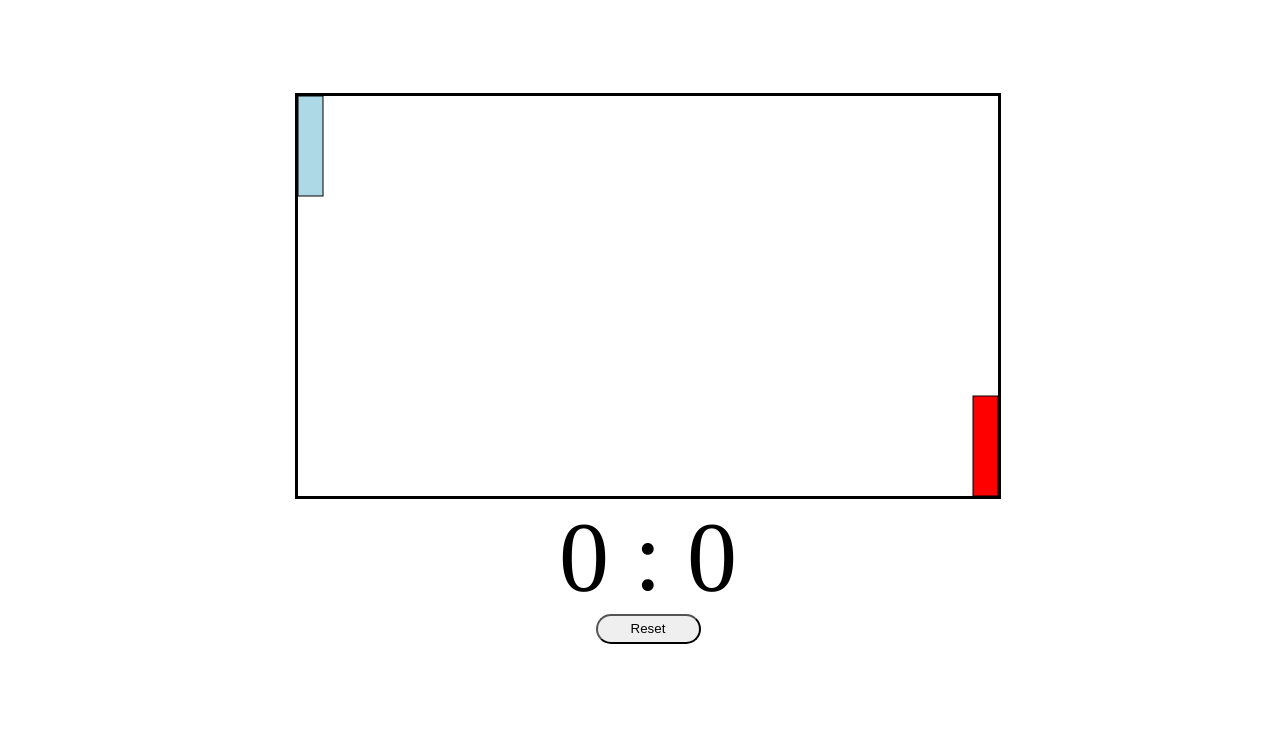
Repository: zacheys123/ping-pong
Page: index.html
The author's editor kept a copy of each file at every save. The page is drawn from the files as they stood at one save, then again after the next save.
The browser window is 1280 px wide. The page is 1288 px wide, so the pictures cover 1288 px, including what lies to the right of the window. The pictures show the whole page.

Above is the page before, as saved 2023-06-30 23:33:10.

After the next save:
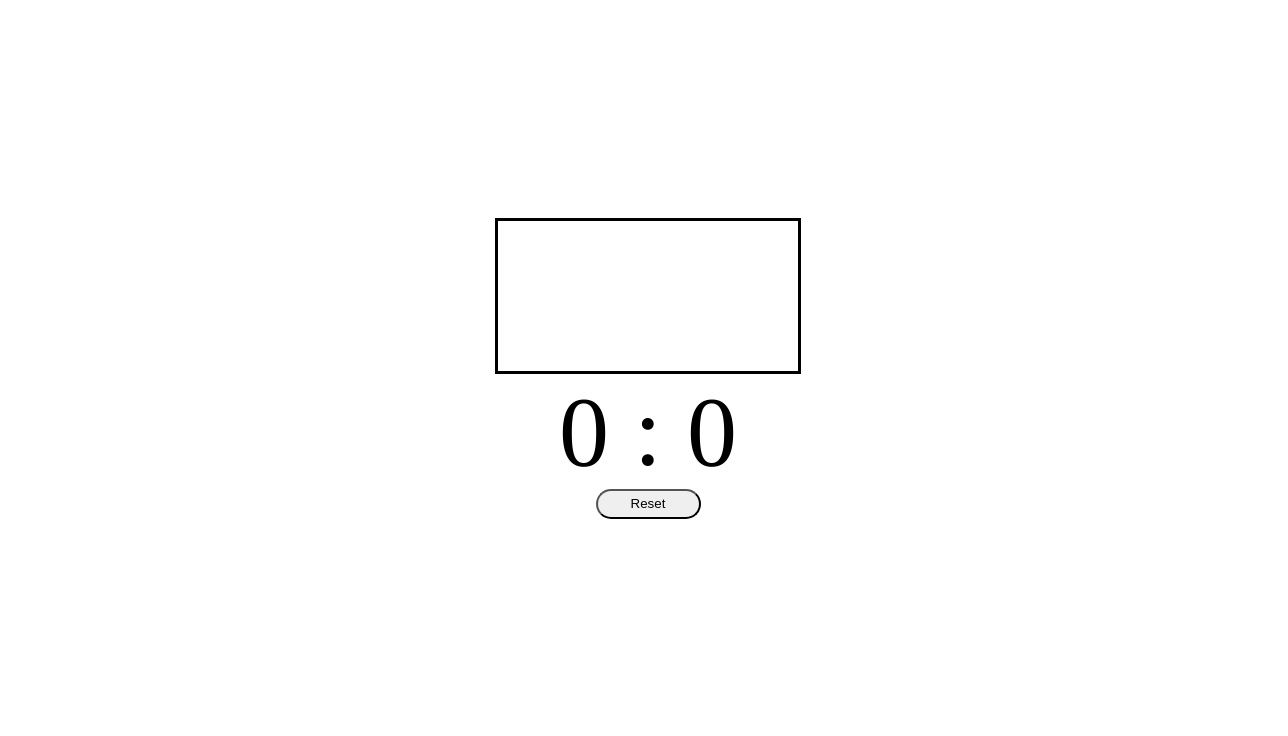
Console error: SyntaxError: Unexpected token ';'
Saved 33 s later.
--- a/index.js
+++ b/index.js
@@ -46,10 +46,11 @@ function nextTick() {
 		drawPaddles();
 
 		moveBall();
-		drawBall();
+		drawBall(ballX,ballY);
+
 	}, 76);
 }
-function drawBall() {}
+function drawBall(ballX,ballY); {}
 function clearBoard() {}
 function changeDirections() {}
 function createBall() {}
